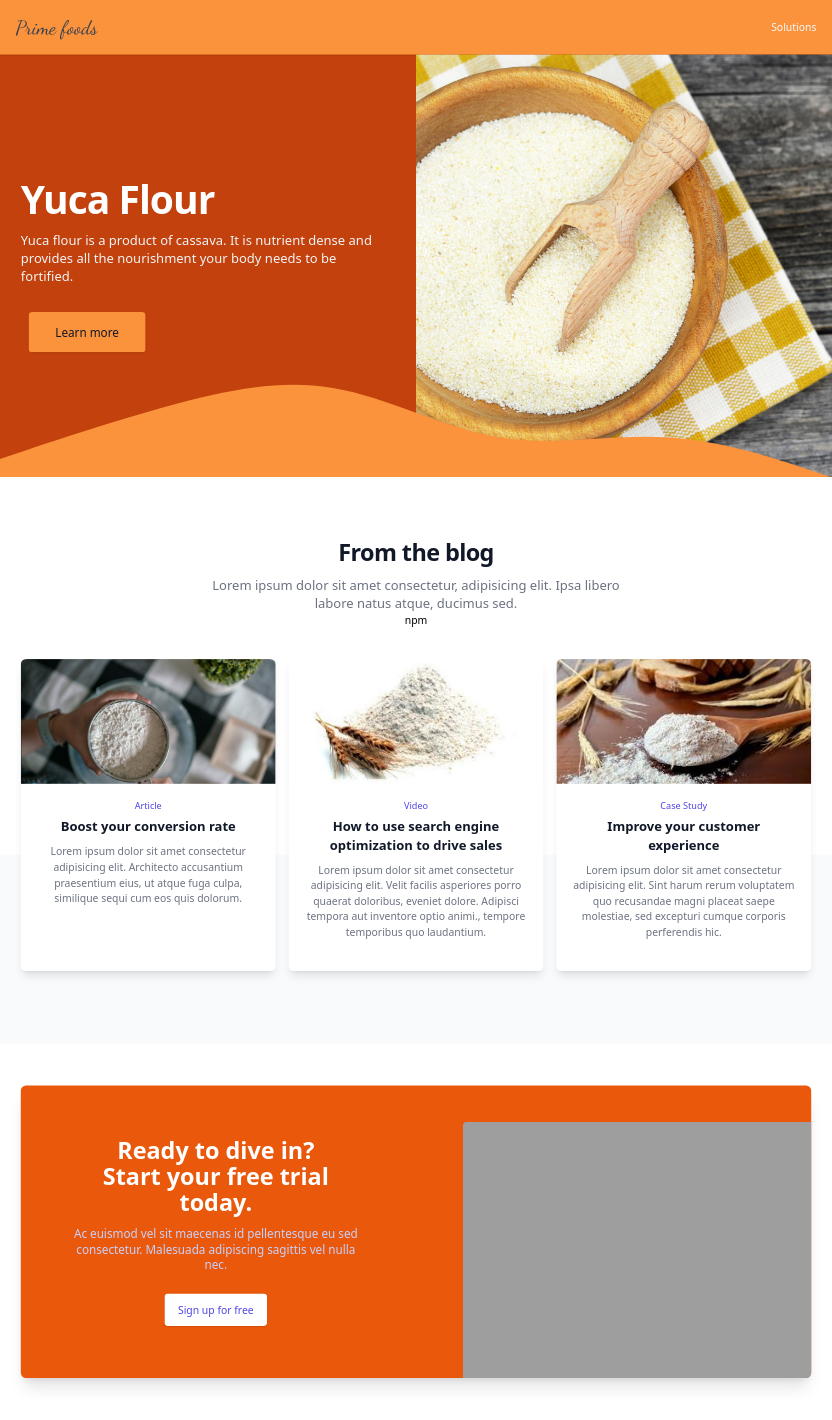
Repository: bellatrick/prime-foods
Page: /
These files come from the project's save history. The page is drawn as it stood at one moment and after the next save; the edit follows.
The browser window is 1280 px wide. The pictures show the whole page, at 65% of full size.
Pictures or frames that could not be fetched are drawn as grey boxes. Some web fonts or font styles are not loaded; a fallback is used. The project was rebuilt for these pictures with package versions that can differ from the ones it lists, and the page was loaded fresh each time. A package was used in the major version that the imports need, not the one package.json lists.

Above is the page before, as saved 2022-04-30 20:01:56.

### public/index.html
<!DOCTYPE html>
<html lang="en">
  <head>
    <meta charset="utf-8" />
    <link rel="icon" href="%PUBLIC_URL%/favicon.ico" />
    <meta name="viewport" content="width=device-width, initial-scale=1" />
    <meta name="theme-color" content="#000000" />
    <meta
      name="description"
      content="Web site created using create-react-app"
    />
    <link rel="apple-touch-icon" href="%PUBLIC_URL%/logo192.png" />
    <link rel="preconnect" href="https://fonts.googleapis.com" />
    <link rel="preconnect" href="https://fonts.gstatic.com" crossorigin />
    <link
      href="https://fonts.googleapis.com/css2?family=Dancing+Script:wght@400;500;600;700&family=Inter:wght@100;200;300;400;500;700;900&family=Kavoon&display=swap"
      rel="stylesheet"
    />
    <!--
      manifest.json provides metadata used when your web app is installed on a
      user's mobile device or desktop. See https://developers.google.com/web/fundamentals/web-app-manifest/
    -->
    <link rel="manifest" href="%PUBLIC_URL%/manifest.json" />
    <!--
      Notice the use of %PUBLIC_URL% in the tags above.
      It will be replaced with the URL of the `public` folder during the build.
      Only files inside the `public` folder can be referenced from the HTML.

      Unlike "/favicon.ico" or "favicon.ico", "%PUBLIC_URL%/favicon.ico" will
      work correctly both with client-side routing and a non-root public URL.
      Learn how to configure a non-root public URL by running `npm run build`.
    -->
    <title>React App</title>
  </head>
  <body>
    <noscript>You need to enable JavaScript to run this app.</noscript>
    <div id="root"></div>
    <!--
      This HTML file is a template.
      If you open it directly in the browser, you will see an empty page.

      You can add webfonts, meta tags, or analytics to this file.
      The build step will place the bundled scripts into the <body> tag.

      To begin the development, run `npm start` or `yarn start`.
      To create a production bundle, use `npm run build` or `yarn build`.
    -->
  </body>
</html>

### src/App.js
import Hero from './components/Hero'
import Features from './components/Features'
import Cta from './components/Cta'
import './App.css';

function App() {
  return (
    <div className="App">
     <Hero/>
     <Features/>
     <Cta/>
    </div>
  );
}

export default App;

### src/components/Hero.jsx
/* This example requires Tailwind CSS v2.0+ */
import { Fragment } from "react";
import { Popover, Transition } from "@headlessui/react";
import {
  BookmarkAltIcon,
  CalendarIcon,
  ChartBarIcon,
  CursorClickIcon,
  MenuIcon,
  PhoneIcon,
  PlayIcon,
  RefreshIcon,
  ShieldCheckIcon,
  SupportIcon,
  ViewGridIcon,
  XIcon,
} from "@heroicons/react/outline";
import { ChevronDownIcon } from "@heroicons/react/solid";
import img1 from "../assets/img10.jpg";
const features = [
  {
    name: "Analytics",
    href: "#",
    description:
      "Get a better understanding of where your traffic is coming from.",
    icon: ChartBarIcon,
  },
  {
    name: "Engagement",
    href: "#",
    description: "Speak directly to your customers in a more meaningful way.",
    icon: CursorClickIcon,
  },
  {
    name: "Security",
    href: "#",
    description: "Your customers' data will be safe and secure.",
    icon: ShieldCheckIcon,
  },
  {
    name: "Integrations",
    href: "#",
    description: "Connect with third-party tools that you're already using.",
    icon: ViewGridIcon,
  },
  {
    name: "Automations",
    href: "#",
    description:
      "Build strategic funnels that will drive your customers to convert",
    icon: RefreshIcon,
  },
];

const resources = [
  {
    name: "Help Center",
    description:
      "Get all of your questions answered in our forums or contact support.",
    href: "#",
    icon: SupportIcon,
  },
  {
    name: "Guides",
    description:
      "Learn how to maximize our platform to get the most out of it.",
    href: "#",
    icon: BookmarkAltIcon,
  },
  {
    name: "Events",
    description:
      "See what meet-ups and other events we might be planning near you.",
    href: "#",
    icon: CalendarIcon,
  },
  {
    name: "Security",
    description: "Understand how we take your privacy seriously.",
    href: "#",
    icon: ShieldCheckIcon,
  },
];


function classNames(...classes) {
  return classes.filter(Boolean).join(" ");
}

export default function Example() {
  return (
    <div className="relative bg-orange-700">
      <Popover className="relative bg-orange-400 shadow">
        <div className="max-w-7xl mx-auto px-4 sm:px-6">
          <div className="flex justify-between items-center py-6 md:justify-start md:space-x-10">
            <div className="flex justify-start lg:w-0 lg:flex-1">
              <p className="text-extrabold text-gray-700 text-3xl font-logo">
                Prime foods
              </p>
            </div>
            <div className="-mr-2 -my-2 md:hidden">
              <Popover.Button className="bg-orange-400 rounded-md p-2 inline-flex items-center justify-center text-gray-400 hover:text-gray-50 hover:bg-gray-100 focus:outline-none focus:ring-2 focus:ring-inset focus:ring-gray-50">
                <span className="sr-only">Open menu</span>
                <MenuIcon className="h-6 w-6" aria-hidden="true" />
              </Popover.Button>
            </div>
            <Popover.Group as="nav" className="hidden md:flex space-x-10">
              <Popover className="relative">
                {({ open }) => (
                  <>
                    <Popover.Button
                      className={classNames(
                        open ? "text-gray-900" : "text-gray-50",
                        "group bg-orange-400 rounded-md inline-flex items-center text-base font-medium hover:text-gray-900 focus:outline-none focus:ring-2 focus:ring-offset-2 focus:ring-gray-50"
                      )}
                    >
                      <span>Solutions</span>
                    </Popover.Button>
                    <Transition
                      as={Fragment}
                      enter="transition ease-out duration-200"
                      enterFrom="opacity-0 translate-y-1"
                      enterTo="opacity-100 translate-y-0"
                      leave="transition ease-in duration-150"
                      leaveFrom="opacity-100 translate-y-0"
                      leaveTo="opacity-0 translate-y-1"
                    >

                    </Transition>
                  </>
                )}
              </Popover>
            </Popover.Group>
          </div>
        </div>
        <Transition
          as={Fragment}
          enter="duration-200 ease-out"
          enterFrom="opacity-0 scale-95"
          enterTo="opacity-100 scale-100"
          leave="duration-100 ease-in"
          leaveFrom="opacity-100 scale-100"
          leaveTo="opacity-0 scale-95"
        >
          <Popover.Panel
            focus
            className="absolute top-0 inset-x-0 z-10 p-2 transition transform origin-top-right md:hidden"
          >
            <div className="rounded-lg shadow-lg ring-1 ring-black ring-opacity-5 bg-[#FB923C] divide-y-2 divide-gray-50">
              <div className="pt-5 pb-6 px-5">
                <div className="flex items-center justify-between">
                  <div>Prime foods</div>
                  <div className="-mr-2">
                    <Popover.Button className="bg-orange-400 rounded-md p-2 inline-flex items-center justify-center text-gray-400 hover:text-gray-50 hover:bg-gray-100 focus:outline-none focus:ring-2 focus:ring-inset focus:ring-gray-50">
                      <span className="sr-only">Close menu</span>
                      <XIcon className="h-6 w-6" aria-hidden="true" />
                    </Popover.Button>
                  </div>
                </div>
                <div className="mt-6">
                  <nav className="grid gap-y-8">
                    {features.map((item) => (
                      <a
                        key={item.name}
                        href={item.href}
                        className="-m-3 p-3 flex items-center rounded-md hover:bg-gray-50"
                      >
                        <item.icon
                          className="flex-shrink-0 h-6 w-6 text-gray-600"
                          aria-hidden="true"
                        />
                        <span className="ml-3 text-base font-medium text-gray-900">
                          {item.name}
                        </span>
                      </a>
                    ))}
                  </nav>
                </div>
              </div>
              <div className="py-6 px-5 space-y-6">
                <div className="grid grid-cols-2 gap-y-4 gap-x-8">
                  {resources.map((item) => (
                    <a
                      key={item.name}
                      href={item.href}
                      className="text-base font-medium text-gray-900 hover:text-gray-700"
                    >
                      {item.name}
                    </a>
                  ))}
                </div>
              </div>
            </div>
          </Popover.Panel>
        </Transition>
      </Popover>

      <main className="lg:relative">
        <div className="mx-auto max-w-7xl w-full pt-16 pb-20 text-center lg:py-48 lg:text-left">
          <div className="px-4 lg:w-1/2 sm:px-8 xl:pr-16">
            <h1 className="text-4xl tracking-tight font-extrabold text-white sm:text-5xl md:text-6xl lg:text-5xl xl:text-6xl">
              <span className="block xl:inline">Yuca Flour</span>{" "}
            </h1>
            <p className="mt-3 max-w-md mx-auto text-lg text-gray-100 sm:text-xl md:mt-5 md:max-w-3xl">
              Yuca flour is a product of cassava. It is nutrient dense and
              provides all the nourishment your body needs to be fortified.
            </p>
            <div className="mt-10 sm:flex sm:justify-center lg:justify-start">
              <div className="mt-3 rounded-md shadow sm:mt-0 sm:ml-3">
                <a
                  href="#preparation"
                  className="w-full flex items-center justify-center px-8 py-3 border border-transparent text-base font-medium rounded-md text-gray-900 bg-orange-400 hover:bg-gray-50 md:py-4 md:text-lg md:px-10"
                >
                  Learn more
                </a>
              </div>
            </div>
          </div>
        </div>
        <div className="relative w-full h-64 sm:h-72 md:h-96 lg:absolute lg:inset-y-0 lg:right-0 lg:w-1/2 lg:h-full">
          <img
            className="absolute inset-0 w-full h-full object-cover"
            src={img1}
            alt=""
          />
        </div>
      </main>
      <div className="absolute bottom-0 left-0 right-0 w-full">
        <svg xmlns="http://www.w3.org/2000/svg" viewBox="0 0 1440 320">
          <path
            fill="#FB923C"
            fill-opacity="1"
            d="M0,288L48,272C96,256,192,224,288,197.3C384,171,480,149,576,165.3C672,181,768,235,864,250.7C960,267,1056,245,1152,250.7C1248,256,1344,288,1392,304L1440,320L1440,320L1392,320C1344,320,1248,320,1152,320C1056,320,960,320,864,320C768,320,672,320,576,320C480,320,384,320,288,320C192,320,96,320,48,320L0,320Z"
          ></path>
        </svg>
      </div>
    </div>
  );
}

### src/components/Features.jsx
import img1 from '../assets/img2.jpg'
import img2 from '../assets/img3.png'
import img3 from '../assets/img4.jfif'
import img4 from '../assets/img5.jpg'
const posts = [
    {
      title: 'Boost your conversion rate',
      href: '#',
      category: { name: 'Article', href: '#' },
      description:
        'Lorem ipsum dolor sit amet consectetur adipisicing elit. Architecto accusantium praesentium eius, ut atque fuga culpa, similique sequi cum eos quis dolorum.',
      date: 'Mar 16, 2020',
      datetime: '2020-03-16',
      imageUrl:
        img2,
      readingTime: '6 min',
    },
    {
      title: 'How to use search engine optimization to drive sales',
      href: '#',
      category: { name: 'Video', href: '#' },
      description:
        'Lorem ipsum dolor sit amet consectetur adipisicing elit. Velit facilis asperiores porro quaerat doloribus, eveniet dolore. Adipisci tempora aut inventore optio animi., tempore temporibus quo laudantium.',
      date: 'Mar 10, 2020',
      datetime: '2020-03-10',
      imageUrl:
        img1,
      readingTime: '4 min',
    },
    {
      title: 'Improve your customer experience',
      href: '#',
      category: { name: 'Case Study', href: '#' },
      description:
        'Lorem ipsum dolor sit amet consectetur adipisicing elit. Sint harum rerum voluptatem quo recusandae magni placeat saepe molestiae, sed excepturi cumque corporis perferendis hic.',
      date: 'Feb 12, 2020',
      datetime: '2020-02-12',
      imageUrl:
        img3,
      readingTime: '11 min',
    },
  ]

  export default function Example() {
    return (
      <div className="relative bg-gray-50 pt-16 pb-20 px-4 sm:px-6 lg:pt-24 lg:pb-28 lg:px-8">
        <div className="absolute inset-0">
          <div className="bg-white h-1/3 sm:h-2/3" />
        </div>
        <div className="relative max-w-7xl mx-auto">
          <div className="text-center">
            <h2 className="text-3xl tracking-tight font-extrabold text-gray-900 sm:text-4xl">From the blog</h2>
            <p className="mt-3 max-w-2xl mx-auto text-xl text-gray-500 sm:mt-4">
              Lorem ipsum dolor sit amet consectetur, adipisicing elit. Ipsa libero labore natus atque, ducimus sed.
            </p>npm
          </div>
          <div className="mt-12 max-w-lg mx-auto grid gap-5 lg:grid-cols-3 lg:max-w-none">
            {posts.map((post) => (
              <div key={post.title} className="flex flex-col rounded-lg shadow-lg overflow-hidden">
                <div className="flex-shrink-0">
                  <img className="h-48 w-full object-cover" src={post.imageUrl} alt="" />
                </div>
                <div className="flex-1 bg-white p-6 flex flex-col justify-between">
                  <div className="flex-1">
                    <p className="text-sm font-medium text-indigo-600">
                      <a href={post.category.href} className="hover:underline">
                        {post.category.name}
                      </a>
                    </p>
                    <a href={post.href} className="block mt-2">
                      <p className="text-xl font-semibold text-gray-900">{post.title}</p>
                      <p className="mt-3 text-base text-gray-500">{post.description}</p>
                    </a>
                  </div>
                  <div className="mt-6 flex items-center">

                  </div>
                </div>
              </div>
            ))}
          </div>
        </div>
      </div>
    )
  }

### src/components/Cta.jsx

export default function Example() {
    return (
      <div className="bg-white">
        <div className="max-w-7xl mx-auto py-16 px-4 sm:px-6 lg:px-8">
          <div className="bg-orange-600 rounded-lg shadow-xl overflow-hidden lg:grid lg:grid-cols-2 lg:gap-4">
            <div className="pt-10 pb-12 px-6 sm:pt-16 sm:px-16 lg:py-16 lg:pr-0 xl:py-20 xl:px-20">
              <div className="lg:self-center">
                <h2 className="text-3xl font-extrabold text-white sm:text-4xl">
                  <span className="block">Ready to dive in?</span>
                  <span className="block">Start your free trial today.</span>
                </h2>
                <p className="mt-4 text-lg leading-6 text-indigo-200">
                  Ac euismod vel sit maecenas id pellentesque eu sed consectetur. Malesuada adipiscing sagittis vel nulla
                  nec.
                </p>
                <a
                  href="#"
                  className="mt-8 bg-white border border-transparent rounded-md shadow px-5 py-3 inline-flex items-center text-base font-medium text-indigo-600 hover:bg-indigo-50"
                >
                  Sign up for free
                </a>
              </div>
            </div>
            <div className="-mt-6 aspect-w-5 aspect-h-3 md:aspect-w-2 md:aspect-h-1">
              <img
                className="transform translate-x-6 translate-y-6 rounded-md object-cover object-left-top sm:translate-x-16 lg:translate-y-20"
                src="https://tailwindui.com/img/component-images/full-width-with-sidebar.jpg"
                alt="App screenshot"
              />
            </div>
          </div>
        </div>
      </div>
    )
  }

### tailwind.config.js
module.exports = {
  content: ["./src/**/*.{js,jsx,ts,tsx}"],
  theme: {
    extend: {
      colors: {
        primary: "#do380c",
      },
      fontFamily: {
        body: ["Inter", "sans-serif"],
        logo: ["Dancing Script", "cursive"],
      },
    },
  },
  plugins: [require("@tailwindcss/aspect-ratio")],
};

Loaded but not shown: src/index.js (common file); src/index.css (common file); src/reportWebVitals.js (common file); src/App.css (common file)

After the next save:
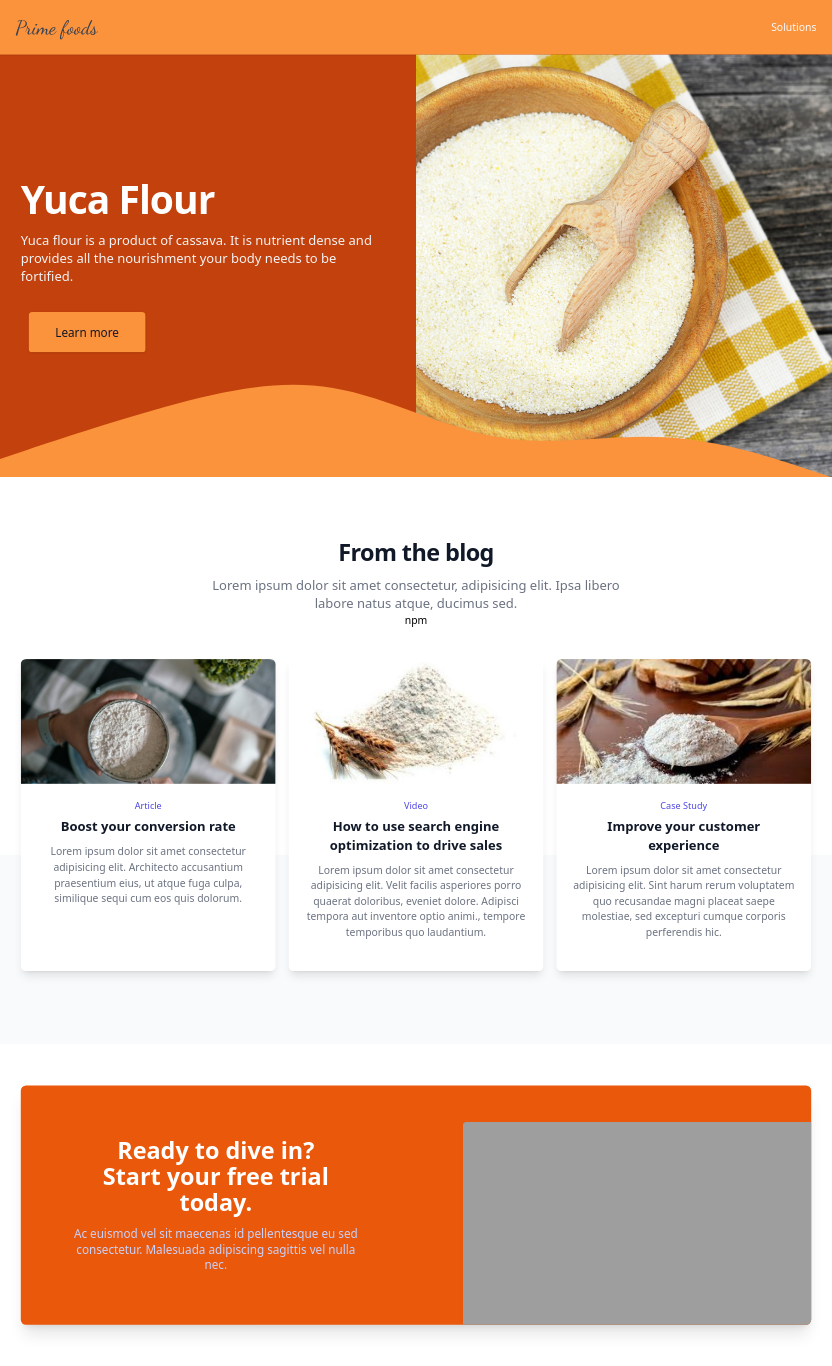
Saved 7 s later.
--- a/src/components/Cta.jsx
+++ b/src/components/Cta.jsx
@@ -14,12 +14,7 @@
                   Ac euismod vel sit maecenas id pellentesque eu sed consectetur. Malesuada adipiscing sagittis vel nulla
                   nec.
                 </p>
-                <a
-                  href="#"
-                  className="mt-8 bg-white border border-transparent rounded-md shadow px-5 py-3 inline-flex items-center text-base font-medium text-indigo-600 hover:bg-indigo-50"
-                >
-                  Sign up for free
-                </a>
+
               </div>
             </div>
             <div className="-mt-6 aspect-w-5 aspect-h-3 md:aspect-w-2 md:aspect-h-1">
